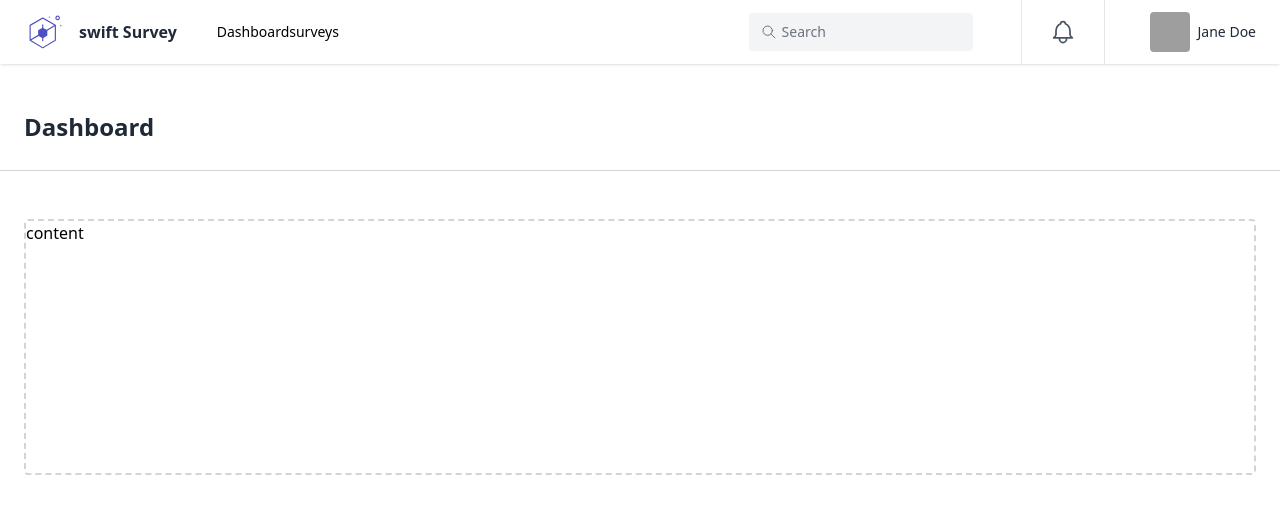
Repository: thomsontochi/swiftSurvey
Page: /dashboard (app in vue/)
These files come from the project's save history. The page is drawn as it stood at one moment and after the next save; the edit follows.
The browser window is 1280 px wide. The pictures show the whole page.
Pictures or frames that could not be fetched are drawn as grey boxes. The project was rebuilt for these pictures with package versions that can differ from the ones it lists, and the page was loaded fresh each time. Also part of the build but not shown: vue/vite.config.js, vue/src/views/Login.vue, vue/src/views/Register.vue, vue/src/views/Surveys.vue, vue/src/components/AuthLayout.vue, vue/src/components/Pages/Welcome.vue.

Above is the page before, as saved 2022-07-16 19:59:43.

After the next save:
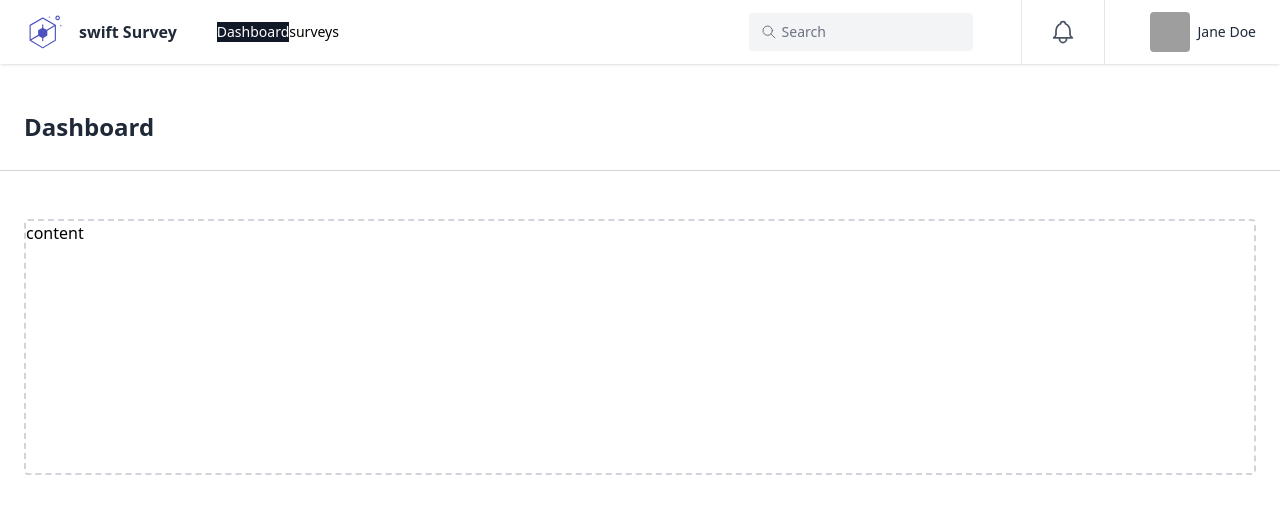
Saved 32 s later.
--- a/vue/src/components/DefaultLayout.vue
+++ b/vue/src/components/DefaultLayout.vue
@@ -22,6 +22,7 @@
                           v-for="item in navigation"
                           :key="item.name"
                           :to="item.to"
+                           active-class="bg-gray-900 text-white"
                          >
                               {{item.name}}
                         </router-link>
